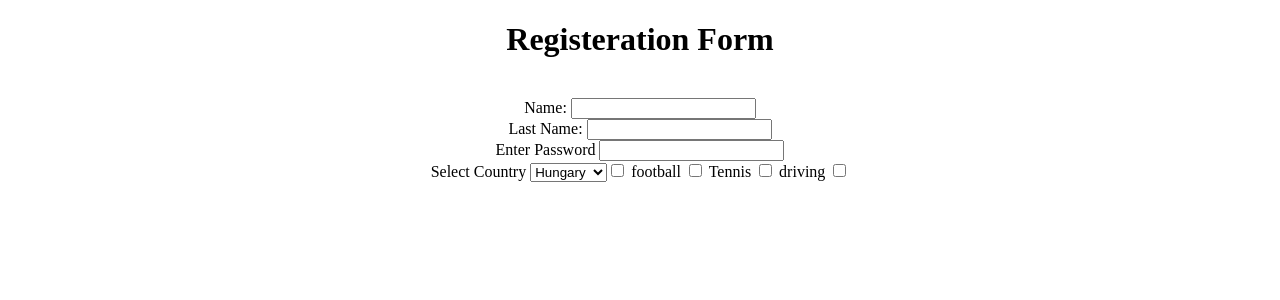
Repository: DevKhanHassam/SpringMvc
Page: http://localhost/formPractice/WEB-INF/views/form.jsp
An editor plug-in stored every save of this project. The page is shown before and after the next save, followed by the edit.
The browser window is 1280 px wide. The pictures show the whole page.
The page is served by Tomcat 9. Nobody is signed in. Other server files are loaded and not shown. The template is opened directly, without the code that normally fills it, so the values that code supplies are empty.

Above is the page before, as saved 2024-05-16 18:17:00.

### formPractice/src/main/webapp/WEB-INF/views/form.jsp
<%@ page language="java" contentType="text/html; charset=UTF-8"
	pageEncoding="UTF-8"%>
<%@ taglib uri="http://www.springframework.org/tags/form" prefix="form"%>
<!DOCTYPE html>
<html>
<head>
<meta charset="UTF-8">
<title>Registeration Form</title>
</head>
<body>
	<div align="center">
		<h1>Registeration Form</h1>

	<br>

	<form:form action="viewDetails" method="get" modelAttribute="userDetails">
		<label for="firstName">Name:</label>
		<form:input id="firstName" path="firstName"/>
		<div></div>
		<label for="lastName">Last Name:</label>
		<form:input id="lasttName" path="lastName"/>
		<div></div>
		<label for="password" >Enter Password</label>
		<form:password id="password" path="password"/>
		<div></div>
		<label for="country">Select Country</label>
		<form:select id="country" path="country">
		     <form:option value="Hungary" label="Hungary"></form:option>
		     <form:option value="Germany" label="Germany"></form:option>
		     <form:option value="Russia" label="Russia"></form:option>
		<div></div>
		<br>

		     <label>Hobbys</label>
		     cricket <form:checkbox path="hobby" value="cricket"/>
		     football <form:checkbox path="hobby" value="football"/>
		     Tennis <form:checkbox path="hobby" value="Tennis"/>
		     driving <form:checkbox path="hobby" value="driving"/>
		</form:select>
	</form:form>

	</div>
</body>
</html>

After the next save:
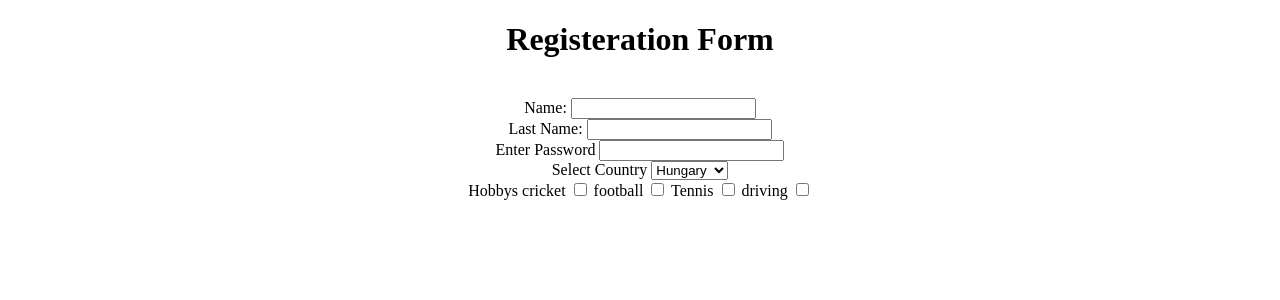
Saved 87 s later.
--- a/formPractice/src/main/webapp/WEB-INF/views/form.jsp
+++ b/formPractice/src/main/webapp/WEB-INF/views/form.jsp
@@ -28,15 +28,14 @@
 		     <form:option value="Hungary" label="Hungary"></form:option>
 		     <form:option value="Germany" label="Germany"></form:option>
 		     <form:option value="Russia" label="Russia"></form:option>
+		</form:select>
 		<div></div>
-		<br>
-
-		     <label>Hobbys</label>
+		<label>Hobbys</label>
 		     cricket <form:checkbox path="hobby" value="cricket"/>
 		     football <form:checkbox path="hobby" value="football"/>
 		     Tennis <form:checkbox path="hobby" value="Tennis"/>
 		     driving <form:checkbox path="hobby" value="driving"/>
-		</form:select>
+
 	</form:form>
 
 	</div>
